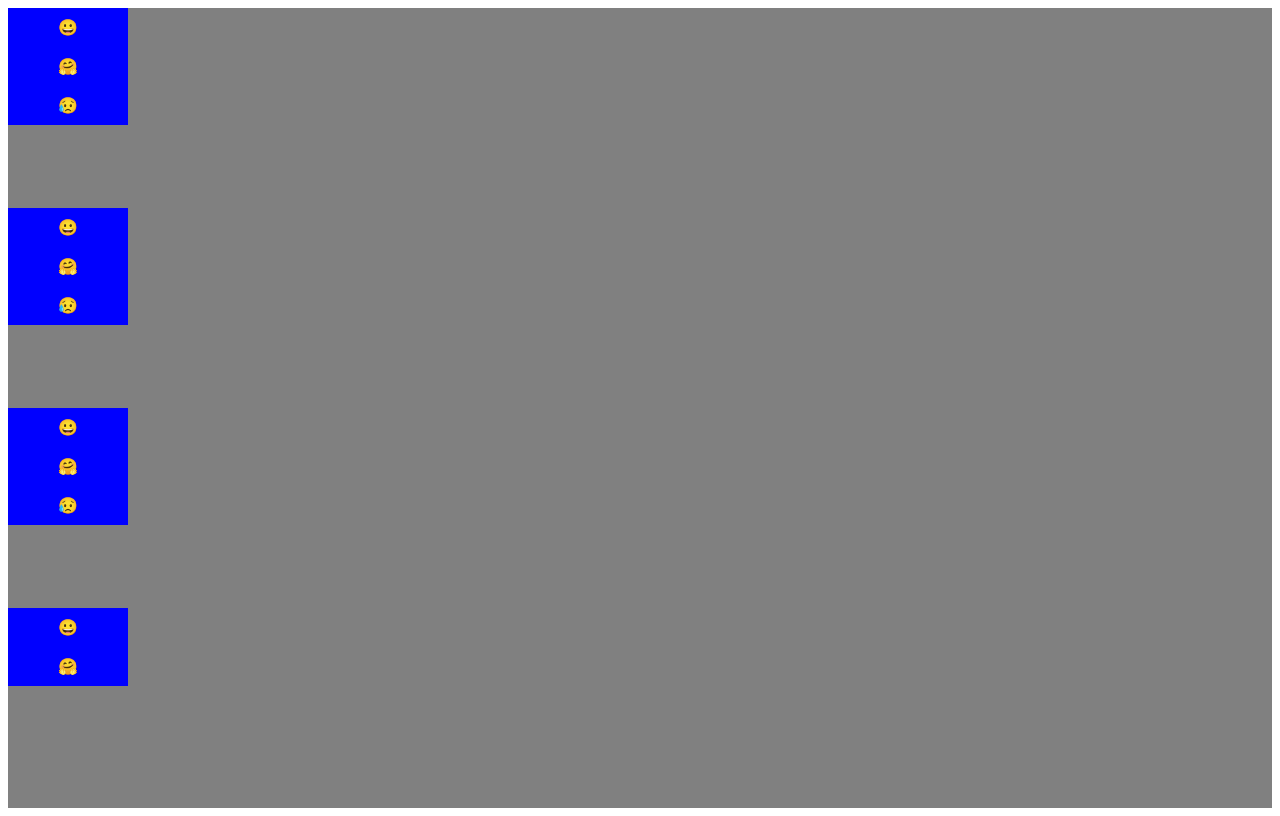
Repository: Sarah7223/internet-programming-tp
Page: TP1/ex4.html
An editor plug-in stored every save of this project. The page is shown before and after the next save, followed by the edit.
The browser window is 1280 px wide. The pictures show the whole page.

Above is the page before, as saved 2022-12-23 14:52:17.

### TP1/ex4.html
<html>
    <head>
        <style>
            .column-wrapper{
                height :200px;
                background-color: grey;
                display: flex;
                flex-direction: column;
                justify-content: flex-start;
                align-items: stretch;
                flex-wrap: wrap;
                background-color: grey;
            }
            .box{
                background-color: blue;
                padding: 10px;
                width: 100px;
                text-align: center;
            }
        </style>
    </head>
    <body>
        <div class="column-wrapper">
            <div class="box">&#x1F600;</div>
            <div class="box">&#x1F917;</div>
            <div class="box">&#x1F625;</div>
        </div>

        <div class="column-wrapper">
            <div class="box">&#x1F600;</div>
            <div class="box">&#x1F917;</div>
            <div class="box">&#x1F625;</div>
        </div>
        <div class="column-wrapper">
            <div class="box">&#x1F600;</div>
            <div class="box">&#x1F917;</div>
            <div class="box">&#x1F625;</div>
        </div>
        <div class="column-wrapper">
            <div class="box">&#x1F600;</div>
            <div class="box">&#x1F917;</div>
        </div>

    </body>
</html>

After the next save:
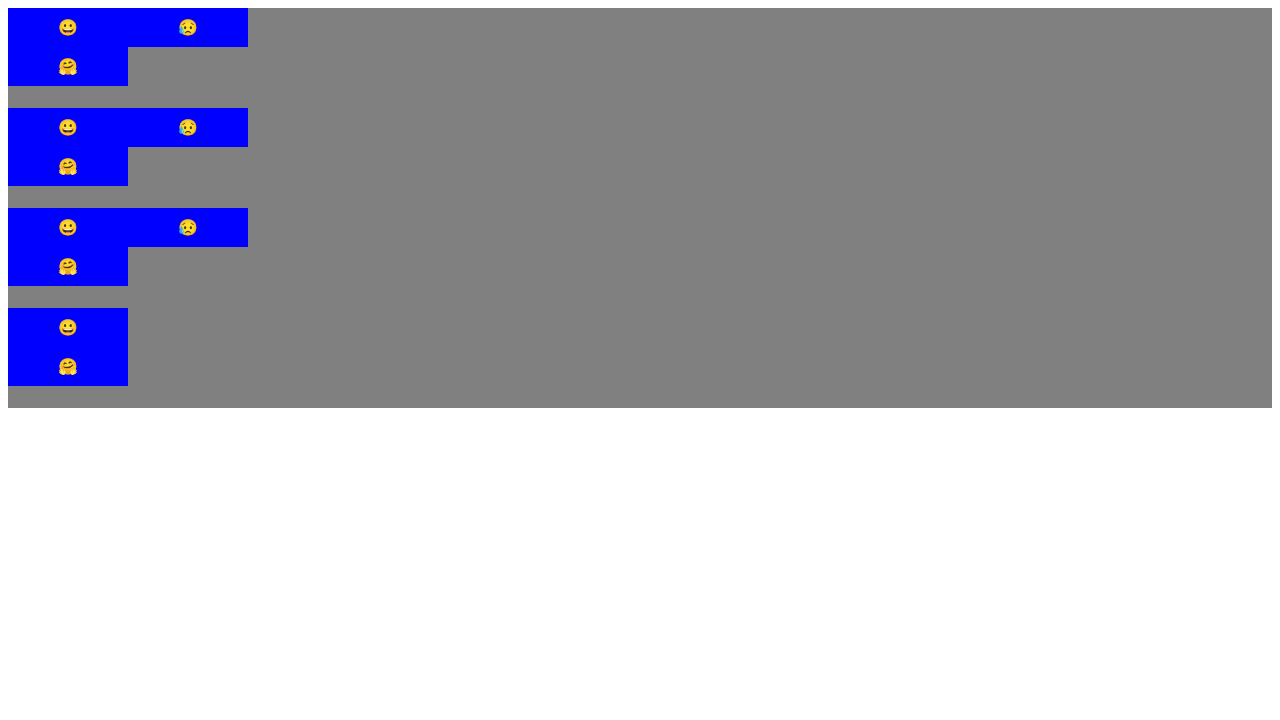
Saved 79 s later.
--- a/TP1/ex4.html
+++ b/TP1/ex4.html
@@ -2,11 +2,12 @@
     <head>
         <style>
             .column-wrapper{
-                height :200px;
+                height :100px;
                 background-color: grey;
                 display: flex;
                 flex-direction: column;
                 justify-content: flex-start;
+                align-content: flex-start;
                 align-items: stretch;
                 flex-wrap: wrap;
                 background-color: grey;
